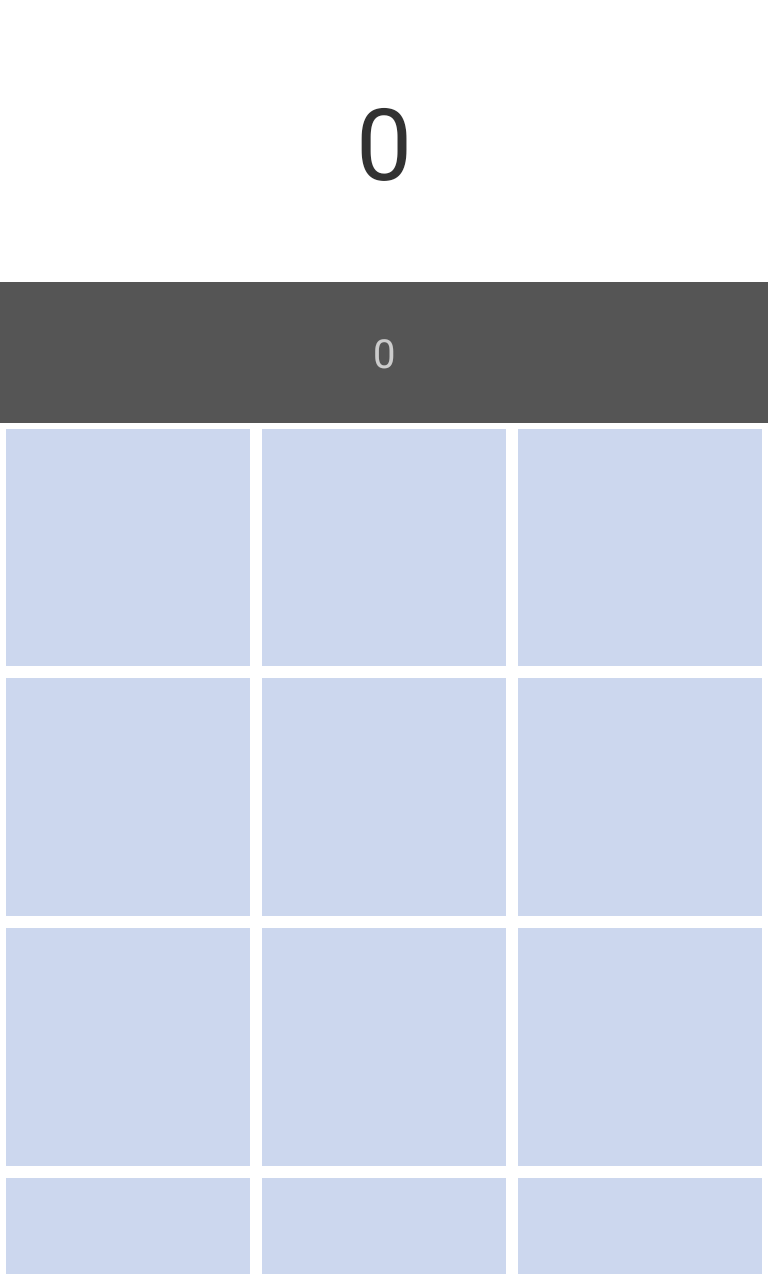
Repository: Wenfeng-GAO/Android-AppLites
Layout: RemoteControl/res/layout/fragment_remote_control.xml
The author's editor kept a copy of each file at every save. The layout is drawn from the files as they stood at one save, then again after the next save.
It is drawn on a 768 x 1280 px phone screen (xhdpi) without system bars, with theme AppTheme; the app's code is not run.

Above is the layout before, as saved 2014-12-22 19:35:35.

### RemoteControl/res/layout/fragment_remote_control.xml
<TableLayout xmlns:android="http://schemas.android.com/apk/res/android"
    android:id="@+id/fragment_remote_control_tableLayout"
    android:layout_width="match_parent"
    android:layout_height="match_parent"
    android:stretchColumns="*" >
<TextView
    android:id="@+id/textView_selected_fragment_remote_control"
    android:layout_width="match_parent"
    android:layout_height="0dp"
    android:layout_weight="2"
    android:gravity="center"
    android:text="0"
    android:textSize="50dp" />
<TextView
    android:id="@+id/textView_working_fragment_remote_control"
    android:layout_width="match_parent"
    android:layout_height="0dp"
    android:layout_weight="1"
    android:background="#555"
    android:gravity="center"
    android:text="0"
    android:textColor="#ccc"
    android:textSize="20dp" />
<include
    android:layout_weight="1"
    layout="@layout/button_row" />
<include
    android:layout_weight="1"
    layout="@layout/button_row" />
<include
    android:layout_weight="1"
    layout="@layout/button_row" />
<!-- <include
    android:layout_weight="1"
    layout="@layout/button_row"
    style="@style/ControlButton" /> -->
    <TableRow>
        <Button style="@style/RemoteButton"/>
        <Button style="@style/RemoteButton"/>
        <Button style="@style/ControlButton"/>
    </TableRow>
</TableLayout>

### RemoteControl/res/values/styles.xml
<resources xmlns:android="http://schemas.android.com/apk/res/android">

    <!--
        Base application theme, dependent on API level. This theme is replaced
        by AppBaseTheme from res/values-vXX/styles.xml on newer devices.
    -->
    <style name="AppBaseTheme" parent="android:Theme.Light">
        <!--
            Theme customizations available in newer API levels can go in
            res/values-vXX/styles.xml, while customizations related to
            backward-compatibility can go here.
        -->
    </style>

    <!-- Application theme. -->
    <style name="AppTheme" parent="AppBaseTheme">
        <!-- All customizations that are NOT specific to a particular API-level can go here. -->
    </style>

    <style name="RemoteButton">
        <item name="android:layout_width">0dp</item>
        <item name="android:layout_height">match_parent</item>
        <item name="android:textColor">#556699</item>
        <item name="android:textSize">20dp</item>
        <item name="android:layout_margin">3dp</item>
        <item name="android:background">#ccd7ee</item>
    </style>

    <style name="ControlButton" parent="RemoteButton">
        <item name="android:textStyle">bold</item>
    </style>

</resources>

### RemoteControl/res/layout/button_row.xml
<?xml version="1.0" encoding="utf-8"?>
<TableRow xmlns:android="http://schemas.android.com/apk/res/android" >
	<Button style="@style/RemoteButton" />
	<Button style="@style/RemoteButton" />
	<Button style="@style/RemoteButton" />
</TableRow>

### RemoteControl/res/drawable/button_shape_normal.xml
<?xml version="1.0" encoding="utf-8"?>
<shape xmlns:android="http://schemas.android.com/apk/res/android"
    android:shape="rectangle" >
    <corners android:radius="3dp"/>
	<gradient
	    android:angle="90"
	    android:endColor="#ccc"
	    android:startColor="#acacac"
	    />
</shape>

Loaded but not shown: RemoteControl/res/values-v11/styles.xml (common file); RemoteControl/res/values-v14/styles.xml (common file)

After the next save:
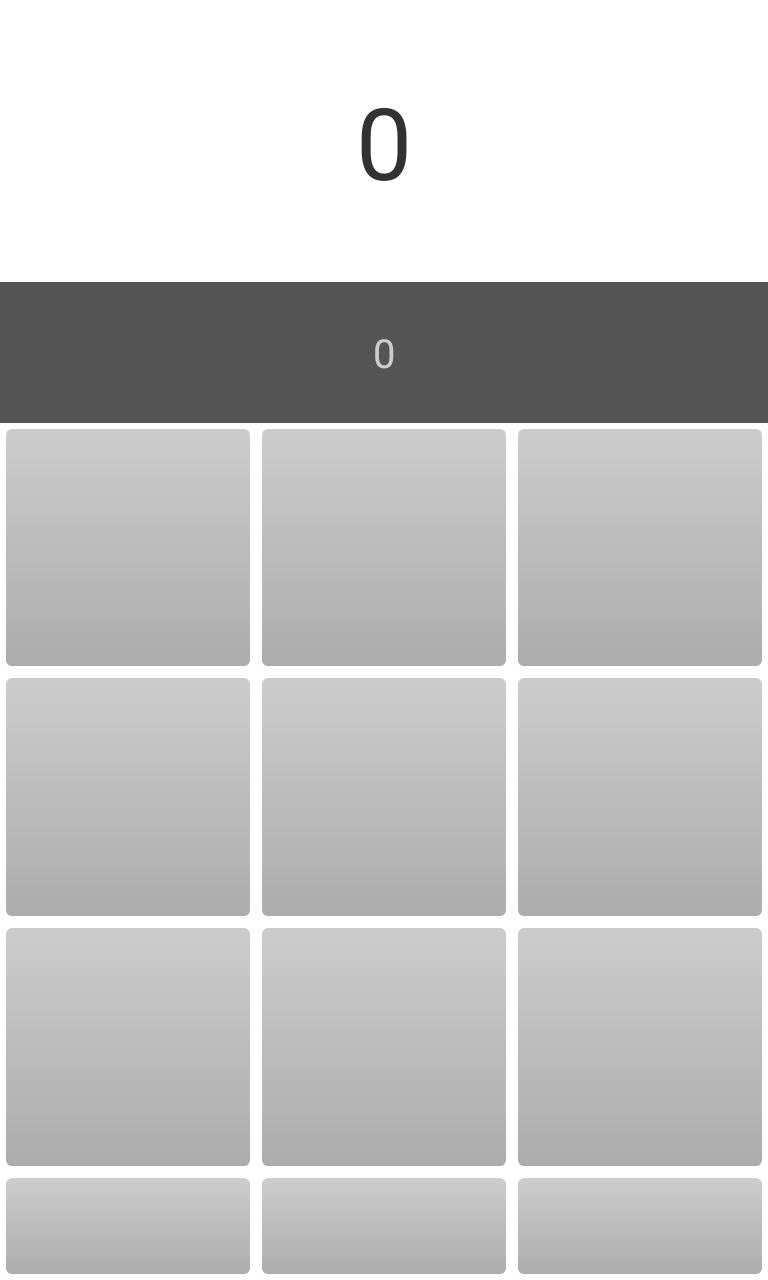
Saved 30 s later.
--- a/RemoteControl/res/values/styles.xml
+++ b/RemoteControl/res/values/styles.xml
@@ -23,7 +23,7 @@
         <item name="android:textColor">#556699</item>
         <item name="android:textSize">20dp</item>
         <item name="android:layout_margin">3dp</item>
-        <item name="android:background">#ccd7ee</item>
+        <item name="android:background">@drawable/button_shape_normal</item>
     </style>
 
     <style name="ControlButton" parent="RemoteButton">
